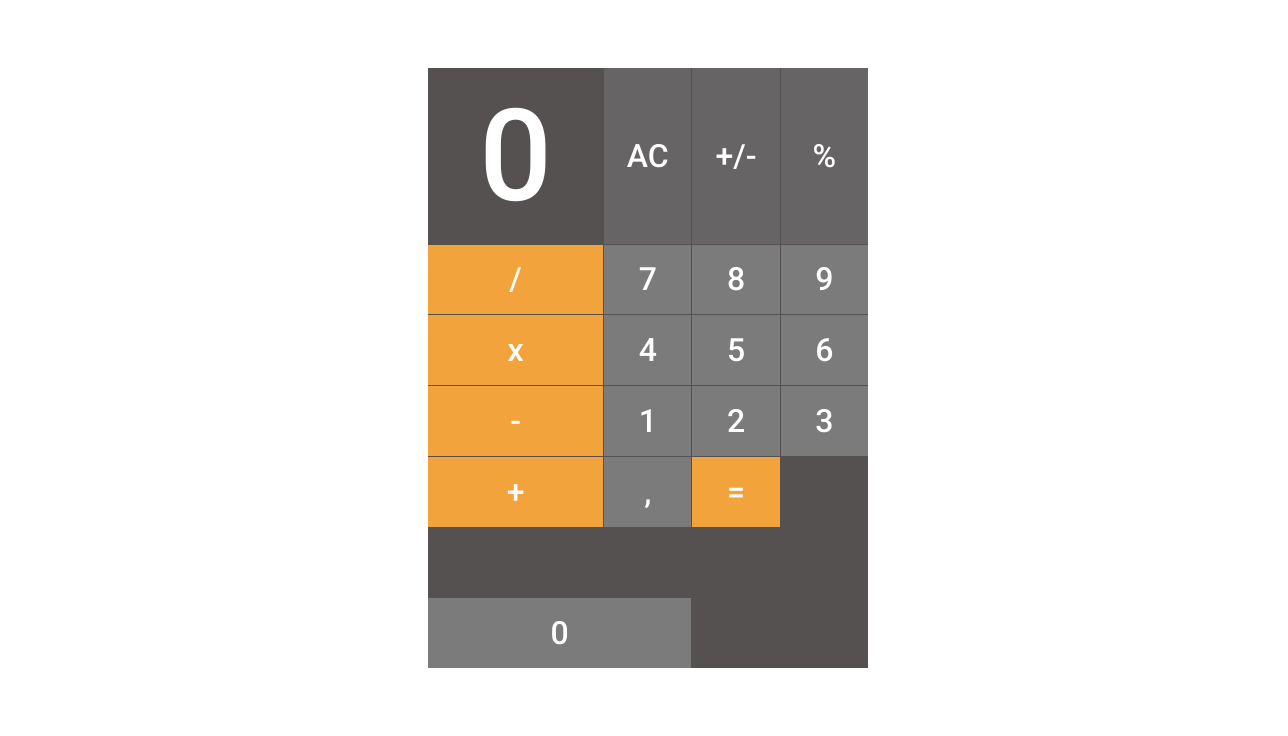
Repository: maciekto/calculatorOOP
Page: index.html
These files come from the project's save history. The page is drawn as it stood at one moment and after the next save; the edit follows.
The browser window is 1280 px wide. The page is 1288 px wide, so the pictures cover 1288 px, including what lies to the right of the window. The pictures show the whole page.

Above is the page before, as saved 2022-07-08 16:58:41.

After the next save:
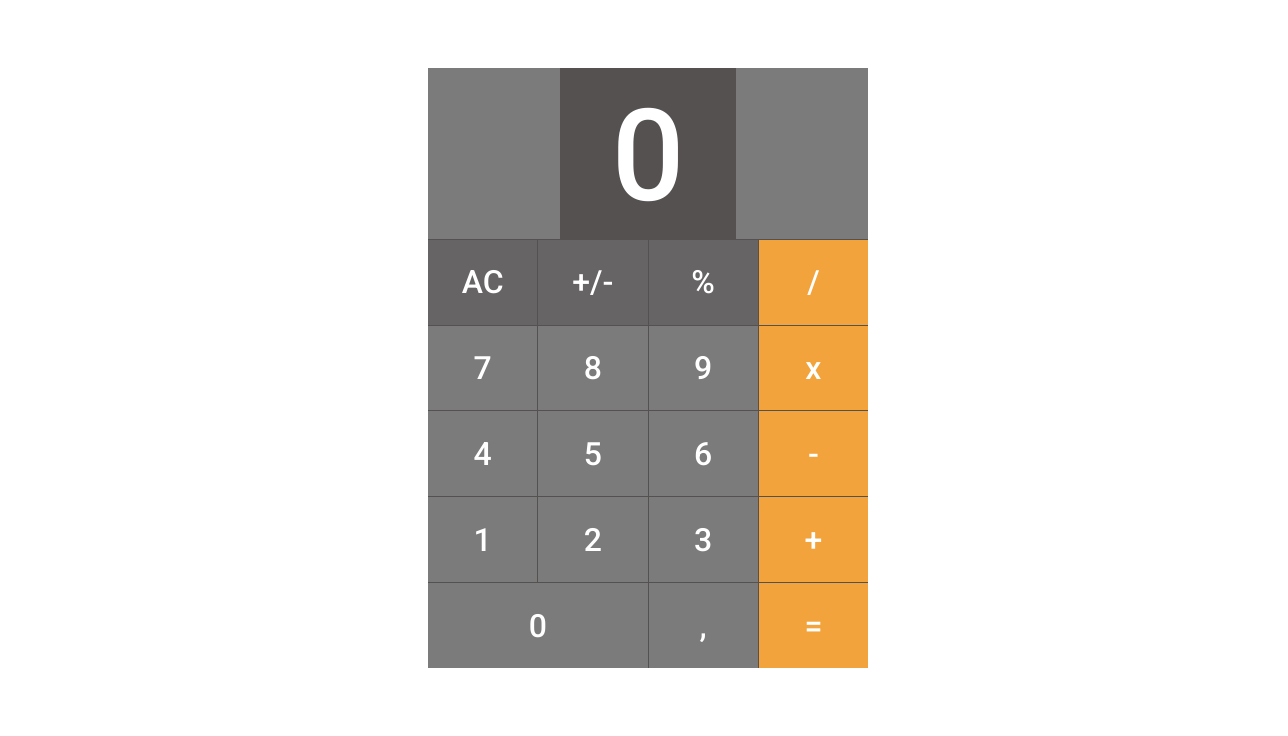
Saved 6 s later.
--- a/css.css
+++ b/css.css
@@ -42,13 +42,13 @@ main {
     cursor: pointer;
 }
 .Calc__result {
-
+    grid-area: result;
 }
 .Calc__result__inner {
     padding: 1vw 4vw;
     font-size: 10vw;
     text-size-adjust: 10%;
-    grid-area: result;
+
     background: #545150 !important;
     place-items: end end !important;
 }
